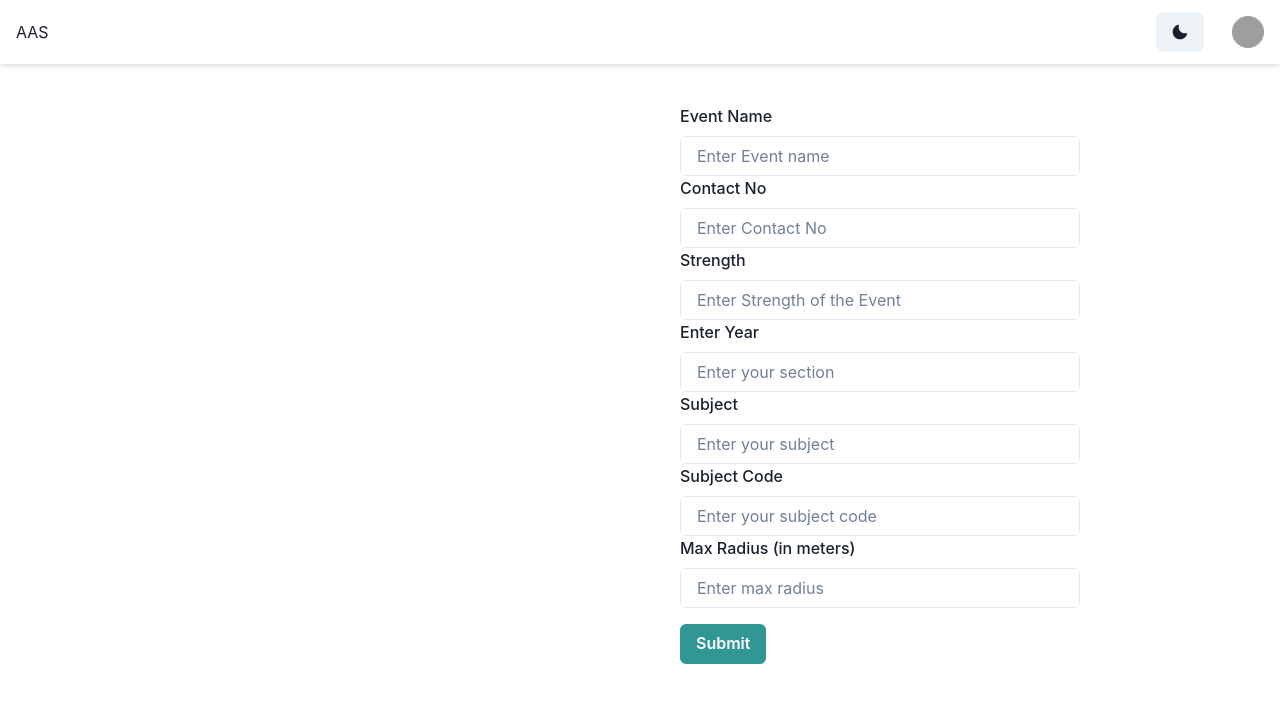
Repository: shash0708/attendence
Page: /form
An editor plug-in stored every save of this project. The page is shown before and after a run of saves, followed by the edit.
The browser window is 1280 px wide. The pictures show the whole page.
Pictures or frames that could not be fetched are drawn as grey boxes. The project was rebuilt for these pictures with package versions that can differ from the ones it lists, and the page was loaded fresh each time. Also part of the build but not shown: src/App.css, src/components/Button/Button.component.jsx, src/components/Login/Login.component.jsx, src/components/homeProp/HomeProp.styles.scss, src/components/homeProp/HomeProp.component.jsx, src/routes/Home/Home.styles.scss, src/routes/Home/Home.component.jsx, src/components/Signup/Signup.component.jsx and 1 more.

Above is the page before, as saved 2024-04-23 19:05:49.

### src/index.js
import React from 'react';
import ReactDOM from 'react-dom/client';
import './index.css';
import App from './App';
import reportWebVitals from './reportWebVitals';
import { BrowserRouter } from 'react-router-dom';
import { ChakraProvider } from '@chakra-ui/react'

const root = ReactDOM.createRoot(document.getElementById('root'));
root.render(
  <React.StrictMode>
  <BrowserRouter>
<ChakraProvider>
    <App />
    </ChakraProvider>
    </BrowserRouter>

  </React.StrictMode>
);

// If you want to start measuring performance in your app, pass a function
// to log results (for example: reportWebVitals(console.log))
// or send to an analytics endpoint. Learn more: https://bit.ly/CRA-vitals
reportWebVitals();

### src/App.js
import './App.css';
import Home from './routes/Home/Home.component.jsx'
import { Routes,Route} from 'react-router-dom';
import Authentication from './routes/Authentication/Authentication.component';
import Form from './components/Form/From.component.jsx';

function App() {
  return (
    <Routes>
    <Route index element={<Home/>}/>

    <Route path='auth' element={<Authentication/>}/>
    <Route path='form' element={<Form/>}/>
    </Routes>
  );
}

export default App;

### src/components/Form/From.component.jsx
import { useForm } from 'react-hook-form'
import {
  FormErrorMessage,
  FormLabel,
  FormControl,
  Input,
  Button,
  Box,
} from '@chakra-ui/react'
import Nav from '../Navbar/Navbar.component'
import { Fragment,Outlet } from 'react'
export default function Form() {
  const {
    handleSubmit,
    register,
    formState: { errors, isSubmitting },
  } = useForm()

  function onSubmit(values) {
    return new Promise((resolve) => {
      setTimeout(() => {
        alert(JSON.stringify(values, null, 2))
        resolve()
      }, 3000)
    })
  }

  return (
    <Fragment>
    <div>
    <Nav/>
    </div>
    <Box width="400px" marginRight="200" marginTop='10' marginLeft="auto">
    <form onSubmit={handleSubmit(onSubmit)}>
    <FormControl isInvalid={errors.firstName}>
      <FormLabel htmlFor='firstName'>Event Name</FormLabel>
      <Input
        id='firstName'
        placeholder='Enter Event name'
        {...register('firstName', {
          required: 'This field is required',
          minLength: { value: 4, message: 'Minimum length should be 4' },
        })}
      />
      <FormErrorMessage>
        {errors.firstName && errors.firstName.message}
      </FormErrorMessage>
    </FormControl>

    <FormControl isInvalid={errors.phone}>
    <FormLabel htmlFor='phone'>Contact No</FormLabel>
    <Input
      id='phone'
      type='tel' // Changed from 'phone' to 'tel'
      placeholder='Enter Contact No'
      {...register('phone', {
        required: 'This field is required',
        pattern: {
          value: /^[0-9]{10}$/, // Adjusted pattern for phone numbers
          message: 'Invalid phone number',
        },
      })}
    />
    <FormErrorMessage>
      {errors.phone && errors.phone.message} {/* Fixed typo here */}
    </FormErrorMessage>
  </FormControl>


    <FormControl isInvalid={errors.Strength}>
      <FormLabel htmlFor='course'>Strength</FormLabel>
      <Input
        id='strength'
        placeholder='Enter Strength of the Event'
        {...register('course', {
          required: 'This field is required',
          minLength: { value: 4, message: 'Minimum length should be 4' },
        })}
      />
      <FormErrorMessage>
        {errors.course && errors.course.message}
      </FormErrorMessage>
    </FormControl>
    <FormControl isInvalid={errors.section}>
      <FormLabel htmlFor='section'>Enter Year  </FormLabel>
      <Input
        id='section'
        placeholder='Enter your section'
        {...register('section', {
          required: 'This field is required',
          minLength: { value: 4, message: 'Minimum length should be 4' },
        })}
      />
      <FormErrorMessage>
        {errors.section && errors.section.message}
      </FormErrorMessage>
    </FormControl>
    <FormControl isInvalid={errors.subject}>
      <FormLabel htmlFor='subject'>Subject</FormLabel>
      <Input
        id='subject'
        placeholder='Enter your subject'
        {...register('subject', {
          required: 'This field is required',
          minLength: { value: 4, message: 'Minimum length should be 4' },
        })}
      />
      <FormErrorMessage>
        {errors.subject && errors.subject.message}
      </FormErrorMessage>
    </FormControl>
    <FormControl isInvalid={errors.subjectCode}>
      <FormLabel htmlFor='subjectCode'>Subject Code</FormLabel>
      <Input
        id='subjectCode'
        placeholder='Enter your subject code'
        {...register('subjectCode', {
          required: 'This field is required',
          minLength: { value: 4, message: 'Minimum length should be 4' },
        })}
      />
      <FormErrorMessage>
        {errors.subjectCode && errors.subjectCode.message}
      </FormErrorMessage>
    </FormControl>
    <FormControl isInvalid={errors.maxRadius}>
      <FormLabel htmlFor='maxRadius'>Max Radius (in meters)</FormLabel>
      <Input
        id='maxRadius'
        placeholder='Enter max radius'
        type='number'
        {...register('maxRadius', {
          required: 'This field is required',
          minLength: { value: 4, message: 'Minimum length should be 4' },
        })}
      />
      <FormErrorMessage>
        {errors.maxRadius && errors.maxRadius.message}
      </FormErrorMessage>
    </FormControl>
    <Button mt={4} colorScheme='teal' isLoading={isSubmitting} type='submit'>
      Submit
    </Button>
  </form>
    </Box>
    </Fragment>
  )
}

### client/src/components/Navbar/Navbar.component.jsx
'use client'

import {
  Box,
  Flex,
  Avatar,
  Text,
  Button,
  Menu,
  MenuButton,
  MenuList,
  MenuItem,
  MenuDivider,
  useDisclosure,
  useColorModeValue,
  Stack,
  useColorMode,
  Center,
} from '@chakra-ui/react'
import { MoonIcon, SunIcon } from '@chakra-ui/icons'
import { Link, Outlet } from 'react-router-dom';

const NavLink = (props) => {
  const { children } = props

  return (
    <Box
      as="a"
      px={2}
      py={1}
      rounded={'md'}
      _hover={{
        textDecoration: 'none',
        bg: useColorModeValue('gray.200', 'gray.700'),
      }}
      href={'#'}>
      {children}
    </Box>
  )
}

export default function Nav() {
  const { colorMode, toggleColorMode } = useColorMode();
  const { isOpen, onOpen, onClose } = useDisclosure();
  return (
    <div>
      <Box

        px={4}
        shadow="md"
        style={{ backdropFilter: 'blur(10px)' }} // Adds blur effect to the background
      >
        <Flex h={16} alignItems={'center'} justifyContent={'space-between'}>
          <Box>
          <Link to="/">AAS</Link>

          </Box>

          <Flex alignItems={'center'}>
            <Stack direction={'row'} spacing={7}>
              <Button onClick={toggleColorMode}>
                {colorMode === 'light' ? <MoonIcon /> : <SunIcon />}
              </Button>

              <Menu>
                <MenuButton
                  as={Button}
                  rounded={'full'}
                  variant={'link'}
                  cursor={'pointer'}
                  minW={0}>
                  <Avatar
                    size={'sm'}
                    src={'https://avatars.dicebear.com/api/male/username.svg'}
                  />
                </MenuButton>
                <MenuList alignItems={'center'} shadow="lg">
                  <br />
                  <Center>
                    <Avatar
                      size={'2xl'}
                      src={'https://avatars.dicebear.com/api/male/username.svg'}
                    />
                  </Center>
                  <br />
                  <Center>
                    <p>Username</p>
                  </Center>
                  <br />
                  <MenuDivider />
                  <MenuItem>Your Servers</MenuItem>
                  <MenuItem>Account Settings</MenuItem>
                  <MenuItem>Logout</MenuItem>
                </MenuList>
              </Menu>
            </Stack>
          </Flex>
        </Flex>
      </Box>
      <Outlet />
    </div>
  );
}

Loaded but not shown: public/index.html (common file); src/index.css (common file); src/reportWebVitals.js (common file)

After the next 5 saves:
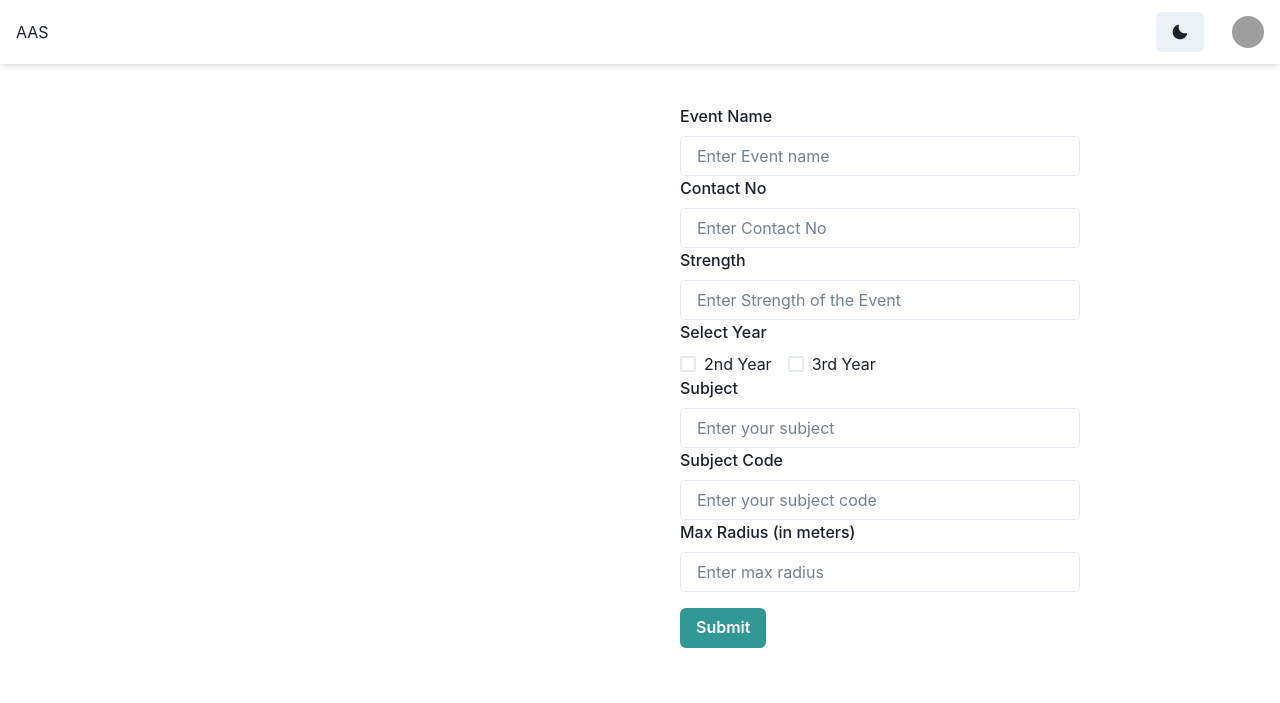
The 5 saves are shown as one change because 2 did not build or start and some came seconds apart.
The last was saved 99 s later.
--- a/src/components/Form/From.component.jsx
+++ b/src/components/Form/From.component.jsx
@@ -6,6 +6,9 @@ import {
   Input,
   Button,
   Box,
+  CheckboxGroup,
+  Checkbox,
+  HStack
 } from '@chakra-ui/react'
 import Nav from '../Navbar/Navbar.component'
 import { Fragment,Outlet } from 'react'
@@ -82,19 +85,18 @@ export default function Form() {
       </FormErrorMessage>
     </FormControl>
     <FormControl isInvalid={errors.section}>
-      <FormLabel htmlFor='section'>Enter Year  </FormLabel>
-      <Input
-        id='section'
-        placeholder='Enter your section'
-        {...register('section', {
-          required: 'This field is required',
-          minLength: { value: 4, message: 'Minimum length should be 4' },
-        })}
-      />
-      <FormErrorMessage>
-        {errors.section && errors.section.message}
-      </FormErrorMessage>
-    </FormControl>
+    <FormLabel htmlFor='section'>Select Year</FormLabel>
+    <CheckboxGroup>
+      <HStack spacing={4}>
+        <Checkbox value='2nd' {...register('section')} >2nd Year</Checkbox>
+        <Checkbox value='3rd' {...register('section')} >3rd Year</Checkbox>
+      </HStack>
+    </CheckboxGroup>
+    <FormErrorMessage>
+      {errors.section && errors.section.message}
+    </FormErrorMessage>
+  </FormControl>
+
     <FormControl isInvalid={errors.subject}>
       <FormLabel htmlFor='subject'>Subject</FormLabel>
       <Input
